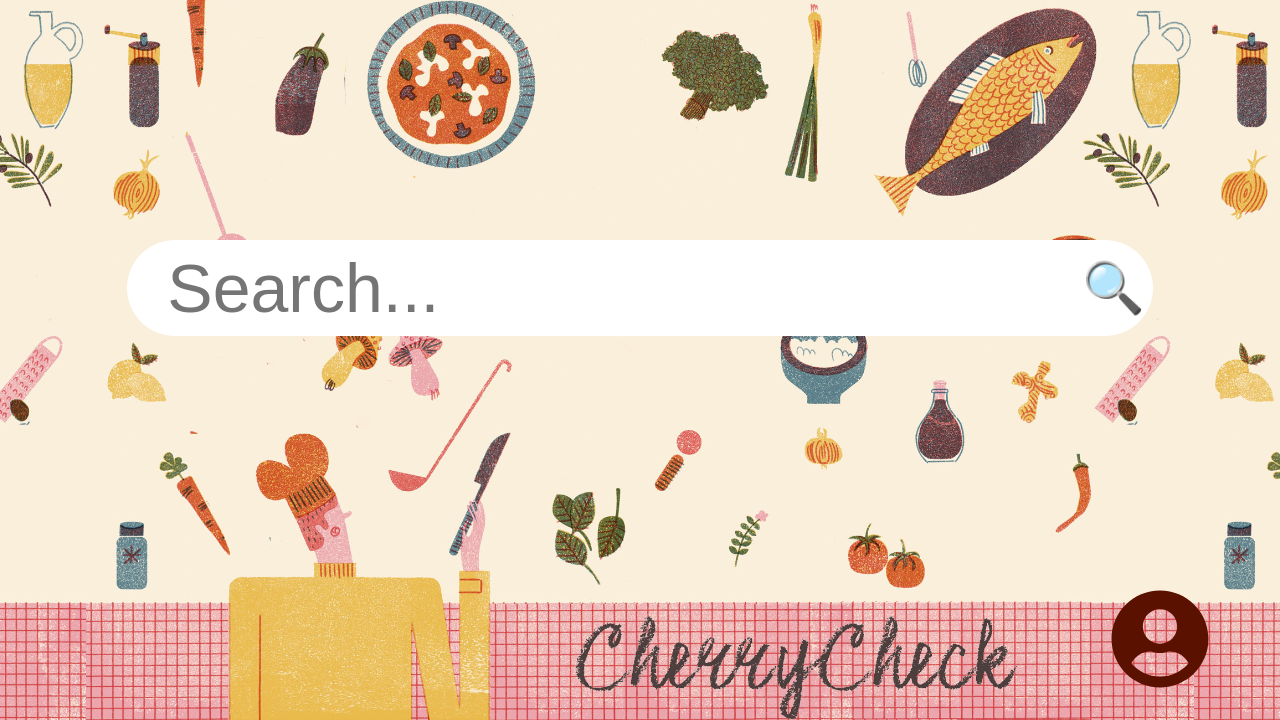
Repository: ChakavakNojavan/CherryCheck
Page: / (app in client/)
These files come from the project's save history. The page is drawn as it stood at one moment and after the next save; the edit follows.
The browser window is 1280 px wide. The pictures show the whole page.
The project was rebuilt for these pictures with package versions that can differ from the ones it lists, and the page was loaded fresh each time. Also part of the build but not shown: client/src/components/Loading.js, client/src/components/SingleProduct.js, client/src/components/UserProfile.js. Imported but missing from the stored project, and not drawn on this page: client/src/components/LogoutButton.

Above is the page before, as saved 2023-04-12 12:28:28.

After the next save:
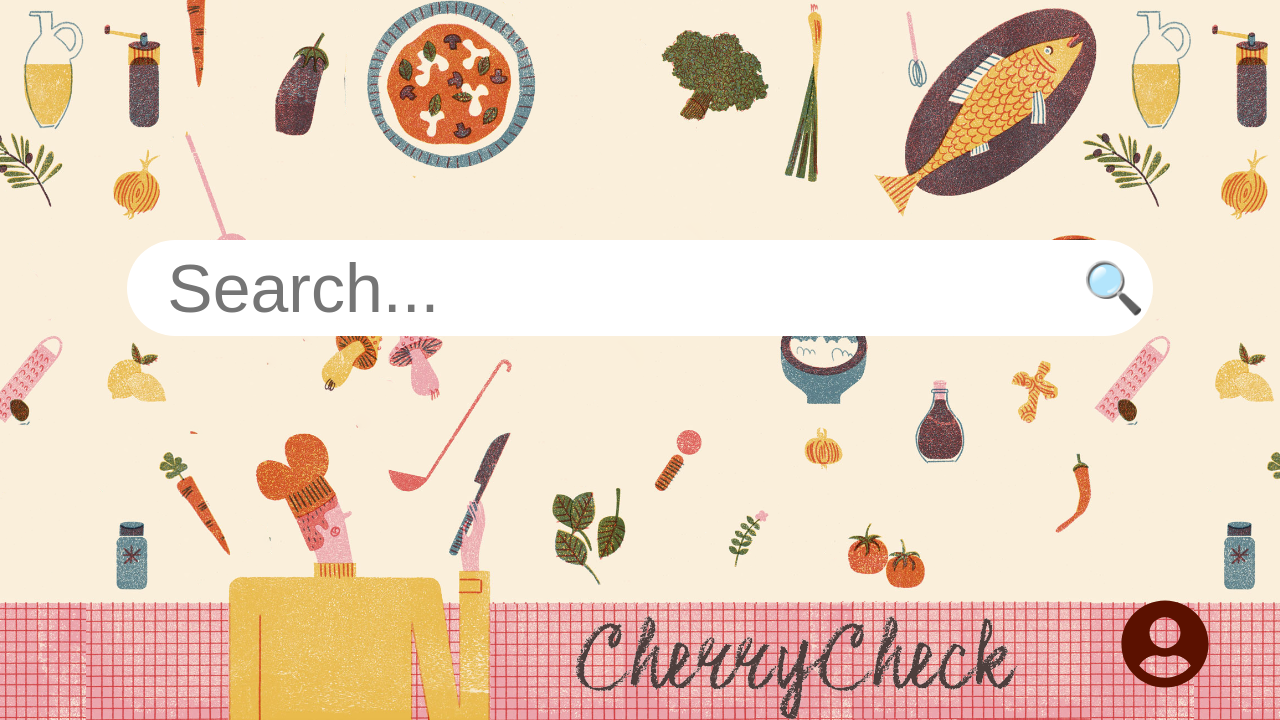
Saved 18 s later.
--- a/client/src/components/LoginButton.js
+++ b/client/src/components/LoginButton.js
@@ -4,7 +4,7 @@ import { FaUserCircle } from "react-icons/fa";
 import styled from "styled-components";
 
 const Icon = styled(FaUserCircle)`
-  font-size: 100px;
+  font-size: 90px;
   color: rgb(91, 17, 0);
   pointer-events: none;
 `;
@@ -13,8 +13,8 @@ const IconContainer = styled.div`
   display: inline-flex;
   align-items: center;
   justify-content: center;
-  width: 100px;
-  height: 100px;
+  width: 90px;
+  height: 90px;
   &:hover {
     cursor: pointer;
   }
